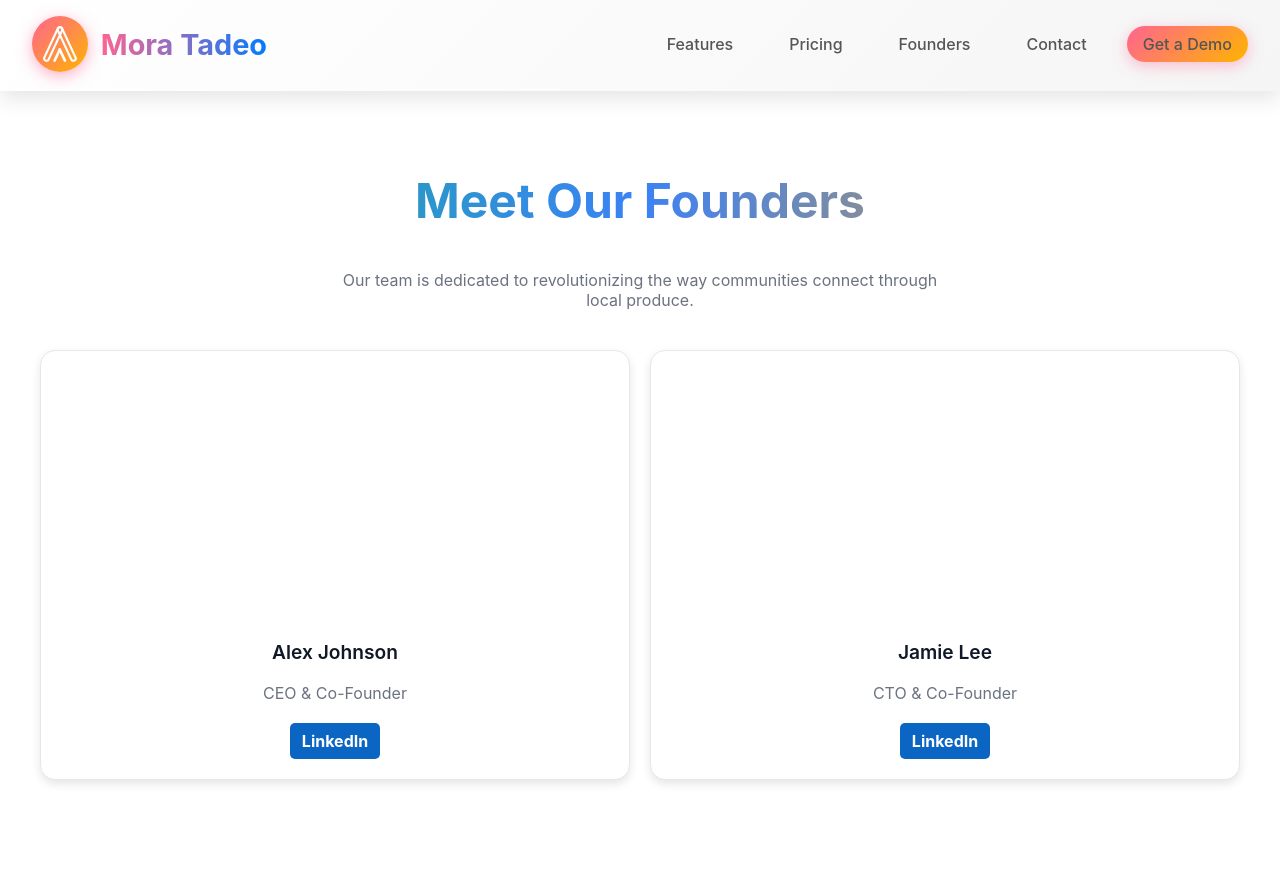
Repository: AbrahamM007/moratadeo
Page: /founders
An editor plug-in stored every save of this project. The page is shown before and after the next save, followed by the edit.
The browser window is 1280 px wide. The pictures show the whole page.
The project was rebuilt for these pictures with package versions that can differ from the ones it lists, and the page was loaded fresh each time. Also part of the build but not shown: src/HeroSection.css, src/HeroSection.js, src/InfoSection.css, src/InfoSection.js, src/RoadmapSection.css, src/RoadmapSection.js, src/DesignPhaseSection.js, src/HeroBanner.js and 7 more.

Above is the page before, as saved 2025-02-15 13:14:18.
Not found: images/alex.jpg
Not found: images/jamie.jpg

After the next save:
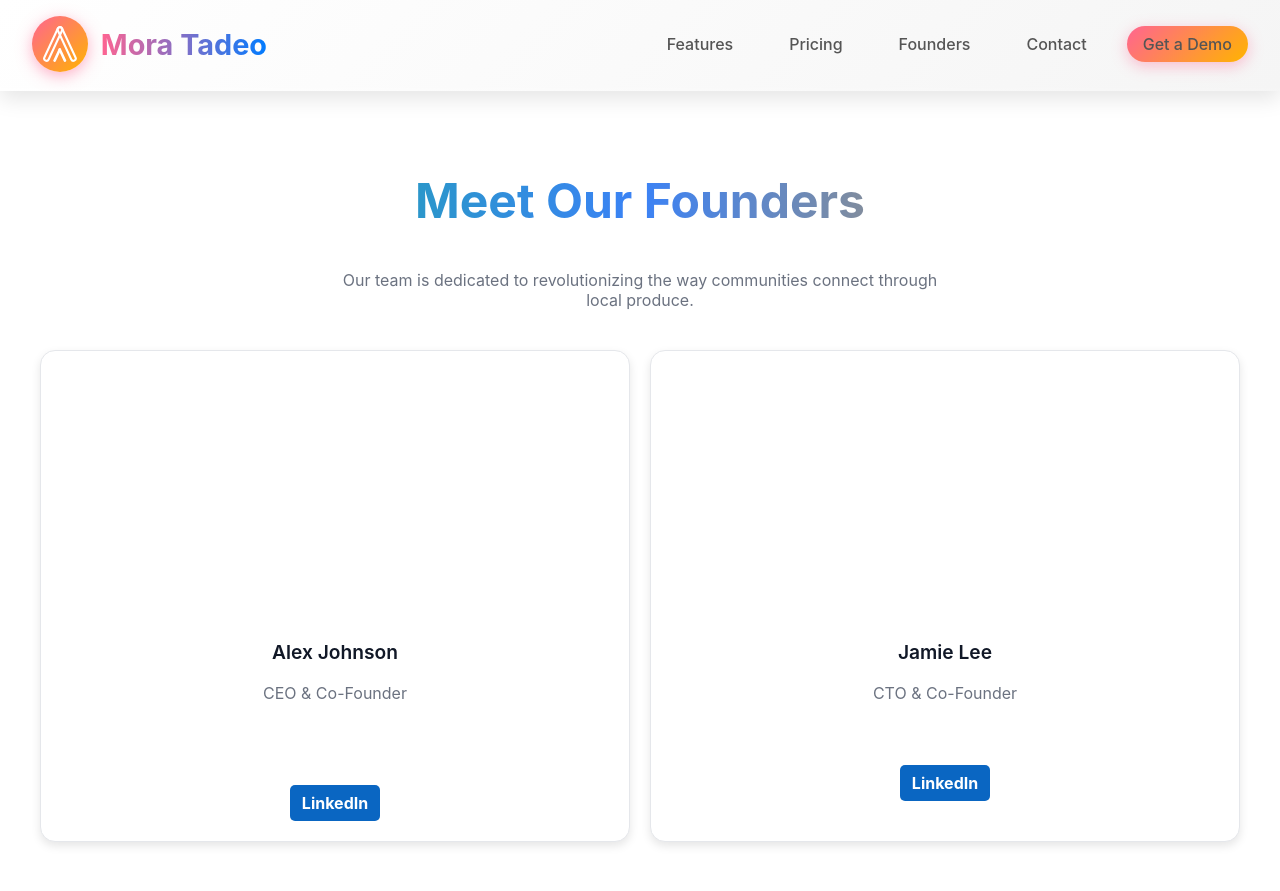
Saved 60 s later.
--- a/src/FoundersPage.js
+++ b/src/FoundersPage.js
@@ -8,26 +8,41 @@ const founders = [
     role: "CEO & Co-Founder",
     image: "/images/alex.jpg",
     linkedin: "https://linkedin.com/in/alexjohnson",
+    bio: "Passionate about connecting communities through fresh produce and technology.",
   },
   {
     name: "Jamie Lee",
     role: "CTO & Co-Founder",
     image: "/images/jamie.jpg",
     linkedin: "https://linkedin.com/in/jamielee",
+    bio: "Bringing cutting-edge solutions to local food distribution.",
   },
 ];
 
 const FoundersPage = () => {
   return (
     <div className="founders-container">
+      {/* Animated Background */}
+      <div className="background-animation"></div>
+
       {/* Header Section */}
       <div className="header-section">
-        <div>
-          <h2 className="gradient-text">Meet Our Founders</h2>
-          <p className="subtitle">
-            Our team is dedicated to revolutionizing the way communities connect through local produce.
-          </p>
-        </div>
+        <motion.h2
+          className="gradient-text"
+          initial={{ opacity: 0, y: -20 }}
+          animate={{ opacity: 1, y: 0 }}
+          transition={{ duration: 1 }}
+        >
+          Meet Our Founders
+        </motion.h2>
+        <motion.p
+          className="subtitle"
+          initial={{ opacity: 0, y: 20 }}
+          animate={{ opacity: 1, y: 0 }}
+          transition={{ duration: 1, delay: 0.3 }}
+        >
+          Our team is dedicated to revolutionizing the way communities connect through local produce.
+        </motion.p>
       </div>
 
       {/* Founders Section */}
@@ -35,11 +50,11 @@ const FoundersPage = () => {
         {founders.map((founder, index) => (
           <motion.div
             key={index}
-            initial={{ opacity: 0, y: 50 }}
-            animate={{ opacity: 1, y: 0 }}
-            transition={{ duration: 0.5, delay: index * 0.2 }}
             className="founder-card"
-            whileHover={{ scale: 1.05 }}
+            initial={{ opacity: 0, scale: 0.9 }}
+            animate={{ opacity: 1, scale: 1 }}
+            transition={{ duration: 0.5, delay: index * 0.3 }}
+            whileHover={{ scale: 1.05, rotateY: 5 }}
           >
             <div
               className="founder-image"
@@ -47,6 +62,14 @@ const FoundersPage = () => {
             ></div>
             <h3 className="founder-name">{founder.name}</h3>
             <p className="founder-role">{founder.role}</p>
+            <motion.p
+              className="founder-bio"
+              initial={{ opacity: 0, y: 10 }}
+              whileHover={{ opacity: 1, y: 0 }}
+              transition={{ duration: 0.3 }}
+            >
+              {founder.bio}
+            </motion.p>
             <a href={founder.linkedin} className="linkedin-link" target="_blank" rel="noopener noreferrer">
               LinkedIn
             </a>
